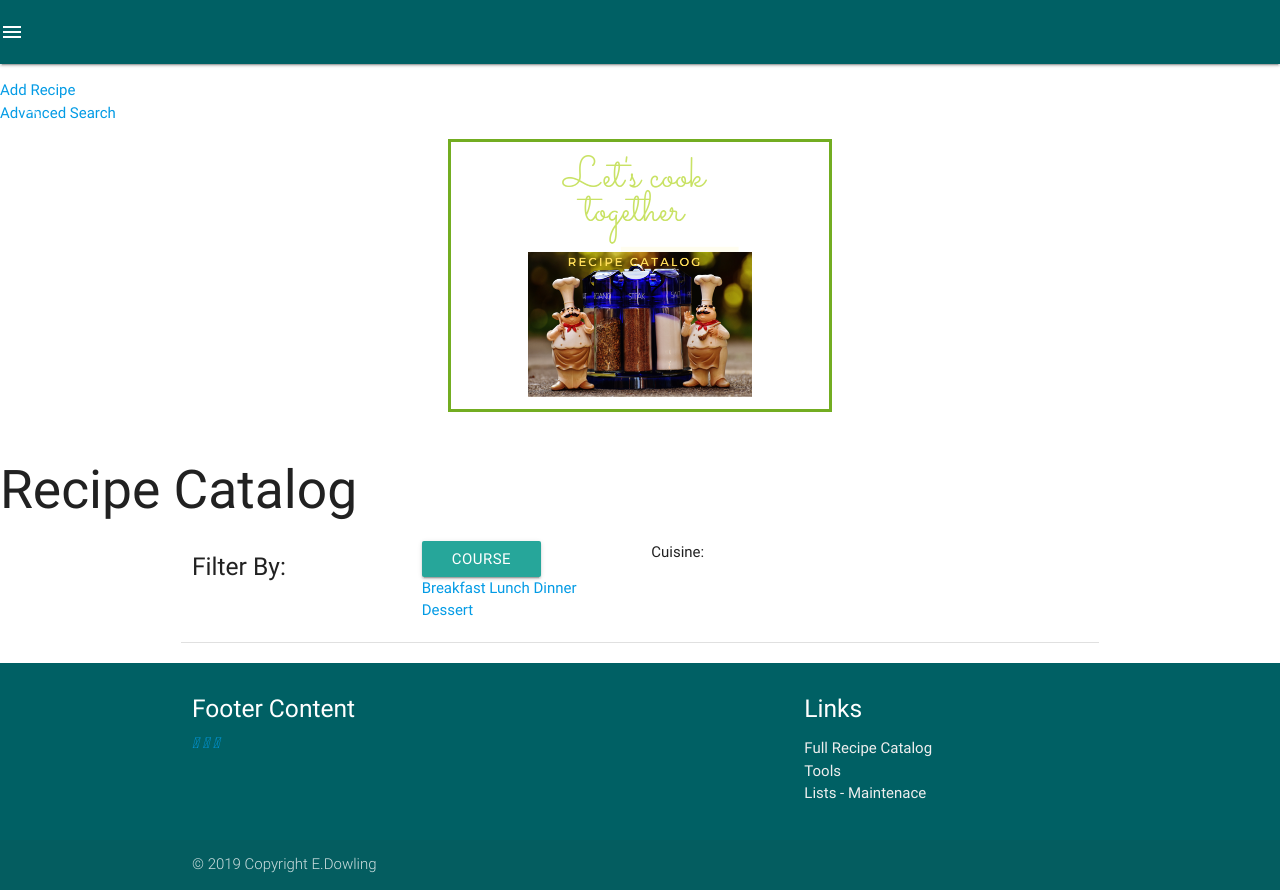
Repository: eldowling/lets-cook-together
Page: http://localhost/get_catalog?course=breakfast
The author's editor kept a record of every edit. The page is drawn from the files as they stood at one moment, then again after the next edit.
The browser window is 1280 px wide. The pictures show the whole page.
Some web libraries are served in a nearby version. The page is served by the project's application, run on Flask 3 (app.py). Queries for data that is not in the repository find no rows.

Above is the page before.
Console error: TypeError: $(...).sidenav is not a function

After the next edit:
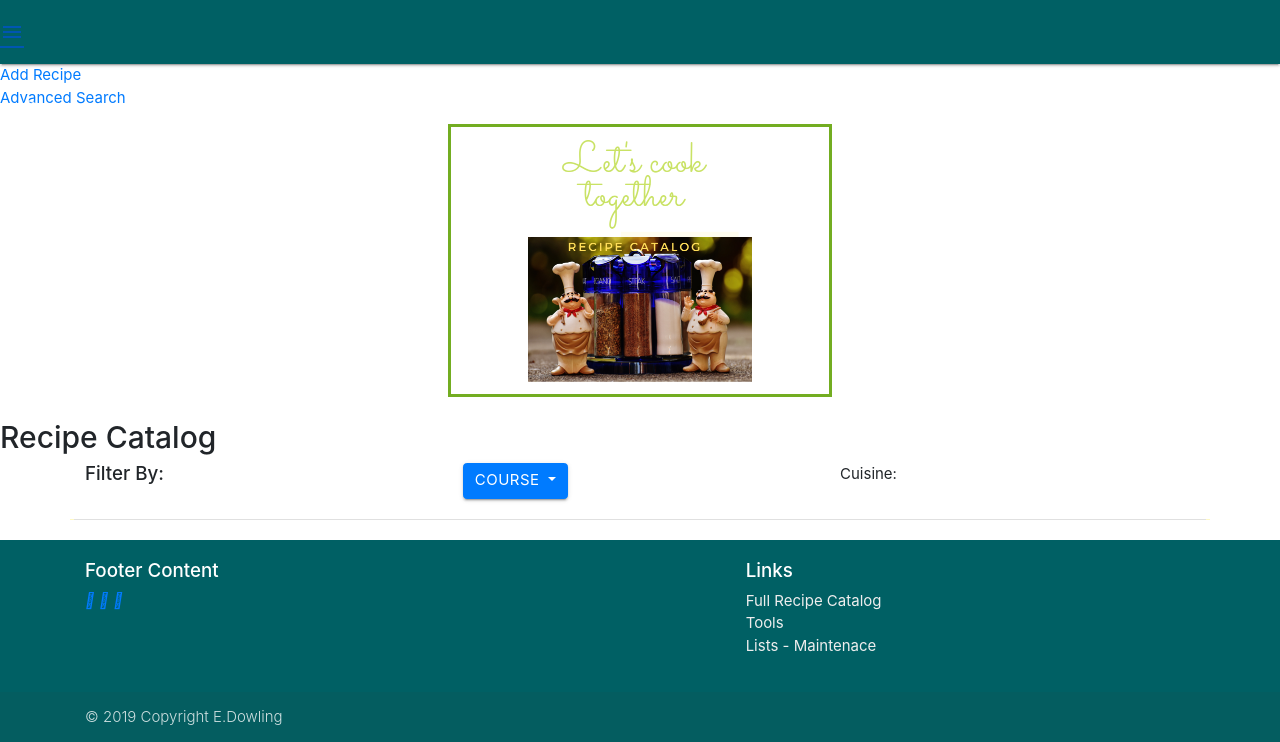
The edit:
--- a/templates/base.html
+++ b/templates/base.html
@@ -4,6 +4,7 @@
 <head>
     <link href="https://fonts.googleapis.com/icon?family=Material+Icons" rel="stylesheet">
     <link rel="stylesheet" href="https://cdnjs.cloudflare.com/ajax/libs/materialize/0.100.2/css/materialize.min.css">
+    <link rel="stylesheet" href="https://maxcdn.bootstrapcdn.com/bootstrap/4.0.0/css/bootstrap.min.css" integrity="sha384-Gn5384xqQ1aoWXA+058RXPxPg6fy4IWvTNh0E263XmFcJlSAwiGgFAW/dAiS6JXm" crossorigin="anonymous">
     <link rel="stylesheet" href="https://cdnjs.cloudflare.com/ajax/libs/font-awesome/4.7.0/css/font-awesome.min.css">
     <link rel="stylesheet" href="{{ url_for('static', filename='css/style.css') }}" type="text/css" />
 </head>
